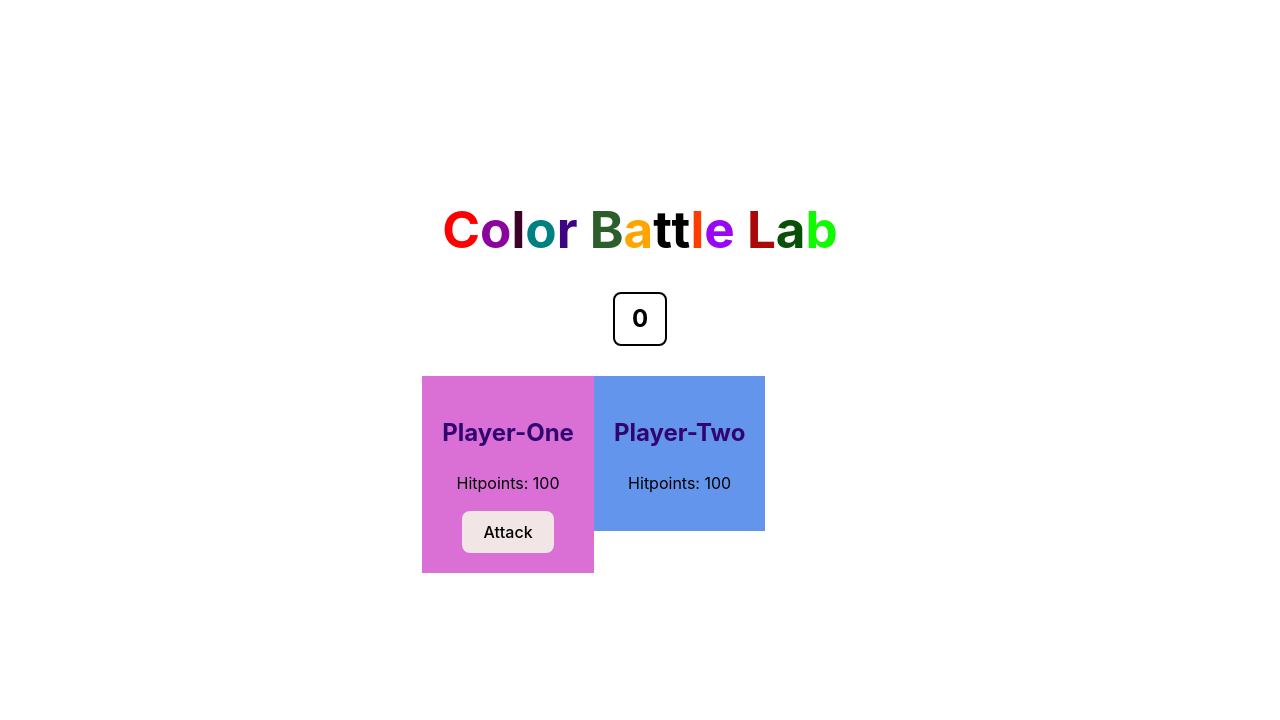
Repository: RAWdevX21/color-battle_lab-build
Page: /
An editor plug-in stored every save of this project. The page is shown before and after the next save, followed by the edit.
The browser window is 1280 px wide. The pictures show the whole page.
The project was rebuilt for these pictures with package versions that can differ from the ones it lists, and the page was loaded fresh each time. Also part of the build but not shown: vite.config.js.

Above is the page before, as saved 2023-08-17 03:00:27.

After the next save:
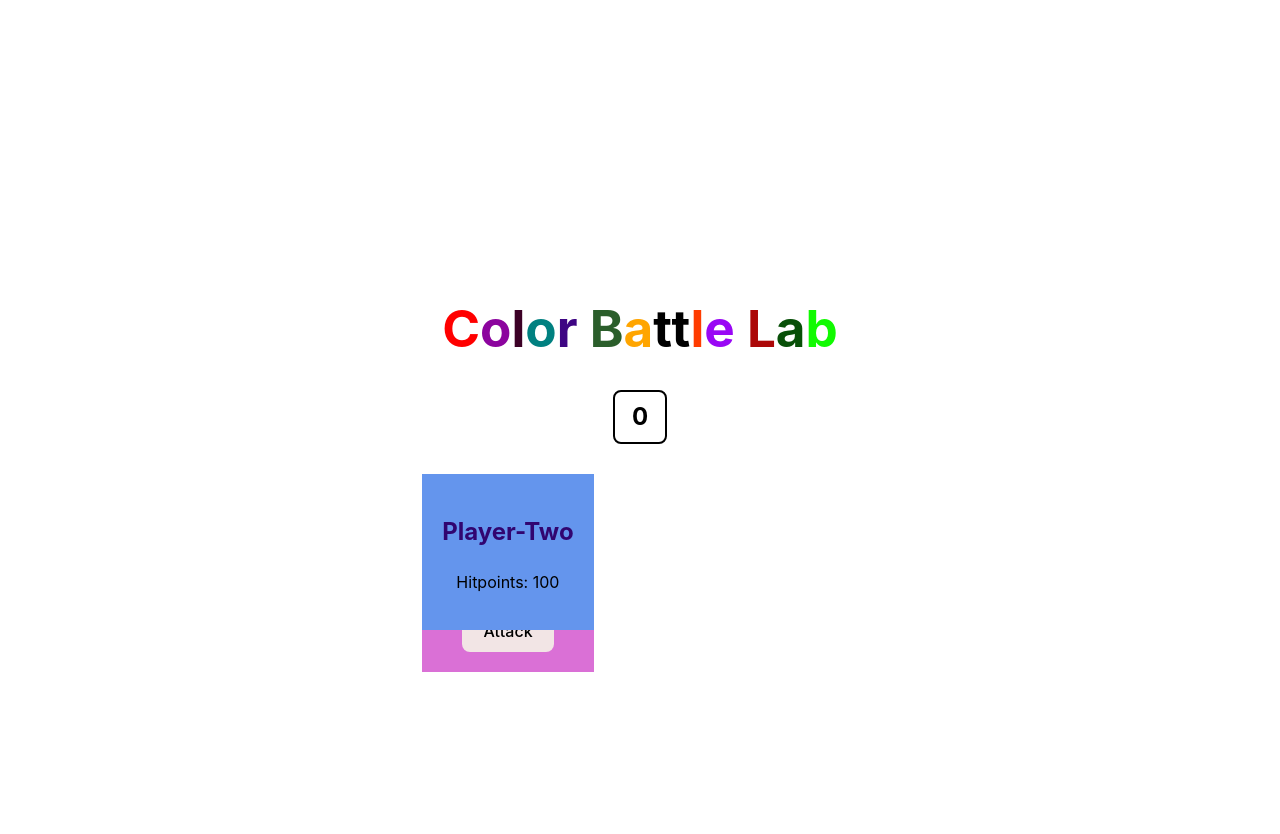
Saved 10 s later.
--- a/src/App.css
+++ b/src/App.css
@@ -13,7 +13,7 @@ h2 {
   display: flex;
 }
 
-.player-container .player-wrapper {
+.player-wrapper {
   position: absolute;
   top: 0;
   left: 0;
